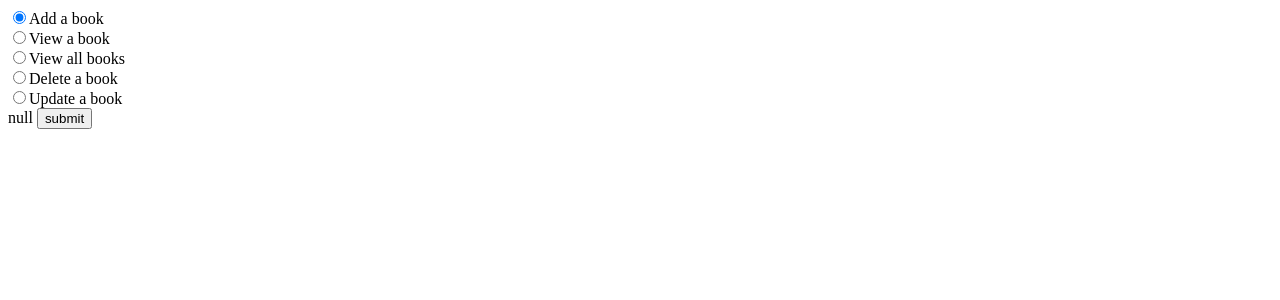
Repository: Saikumar6901/DBSTrainingModules
Page: http://localhost/Bookmanagement/example.jsp
These files come from the project's save history. The page is drawn as it stood at one moment and after the next save; the edit follows.
The browser window is 1280 px wide. The pictures show the whole page.
The page is served by Tomcat 9. Other server files are loaded and not shown.

Above is the page before, as saved 2019-08-15 08:59:23.

### eclipse/Bookmanagement/WebContent/example.jsp
<%@ page language="java" contentType="text/html; charset=ISO-8859-1"
   import="java.util.*" pageEncoding="ISO-8859-1"%>
<!DOCTYPE html>
<html>
<head>
<meta charset="ISO-8859-1">
<title>Insert title here</title>
</head>
<body>
<%! String str=""; %>
<form action=str>
<input type="radio" name="bookdetails" value="add" checked="checked">Add a book<br>
<input type="radio" name="bookdetails" value="view">View a book<br>
<input type="radio" name="bookdetails" value="viewall">View all books<br>
<input type="radio" name="bookdetails" value="delete">Delete a book<br>
<input type="radio" name="bookdetails" value="update">Update a book<br>
<% out.println(request.getParameter("bookdetails")); %>
<input type="submit" value="submit">
</form>
</body>
</html>

After the next save:
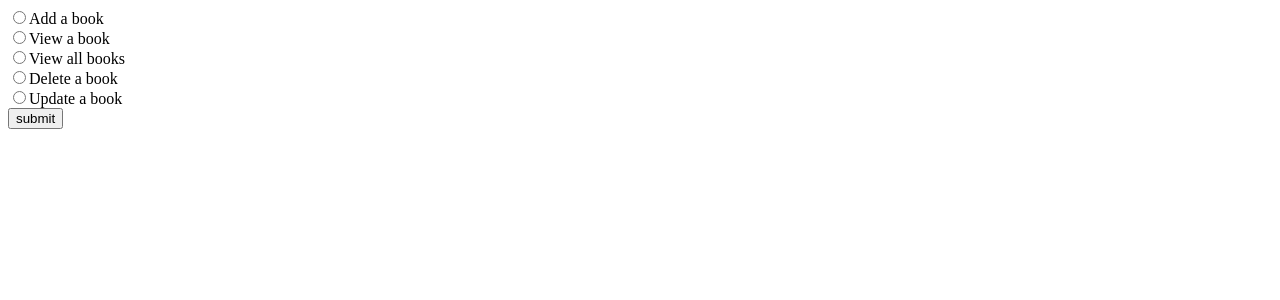
Saved 4 min 39 s later.
--- a/eclipse/Bookmanagement/WebContent/example.jsp
+++ b/eclipse/Bookmanagement/WebContent/example.jsp
@@ -9,12 +9,12 @@
 <body>
 <%! String str=""; %>
 <form action=str>
-<input type="radio" name="bookdetails" value="add" checked="checked">Add a book<br>
-<input type="radio" name="bookdetails" value="view">View a book<br>
-<input type="radio" name="bookdetails" value="viewall">View all books<br>
-<input type="radio" name="bookdetails" value="delete">Delete a book<br>
-<input type="radio" name="bookdetails" value="update">Update a book<br>
-<% out.println(request.getParameter("bookdetails")); %>
+<input type="radio" name="bookdetails" id="b1" value="add" >Add a book<br>
+<input type="radio" name="bookdetails" id="b2" value="view">View a book<br>
+<input type="radio" name="bookdetails" id="b3" value="viewall">View all books<br>
+<input type="radio" name="bookdetails" id="b4" value="delete">Delete a book<br>
+<input type="radio" name="bookdetails" id="b5" value="update">Update a book<br>
+<% out.println(); %>
 <input type="submit" value="submit">
 </form>
 </body>
